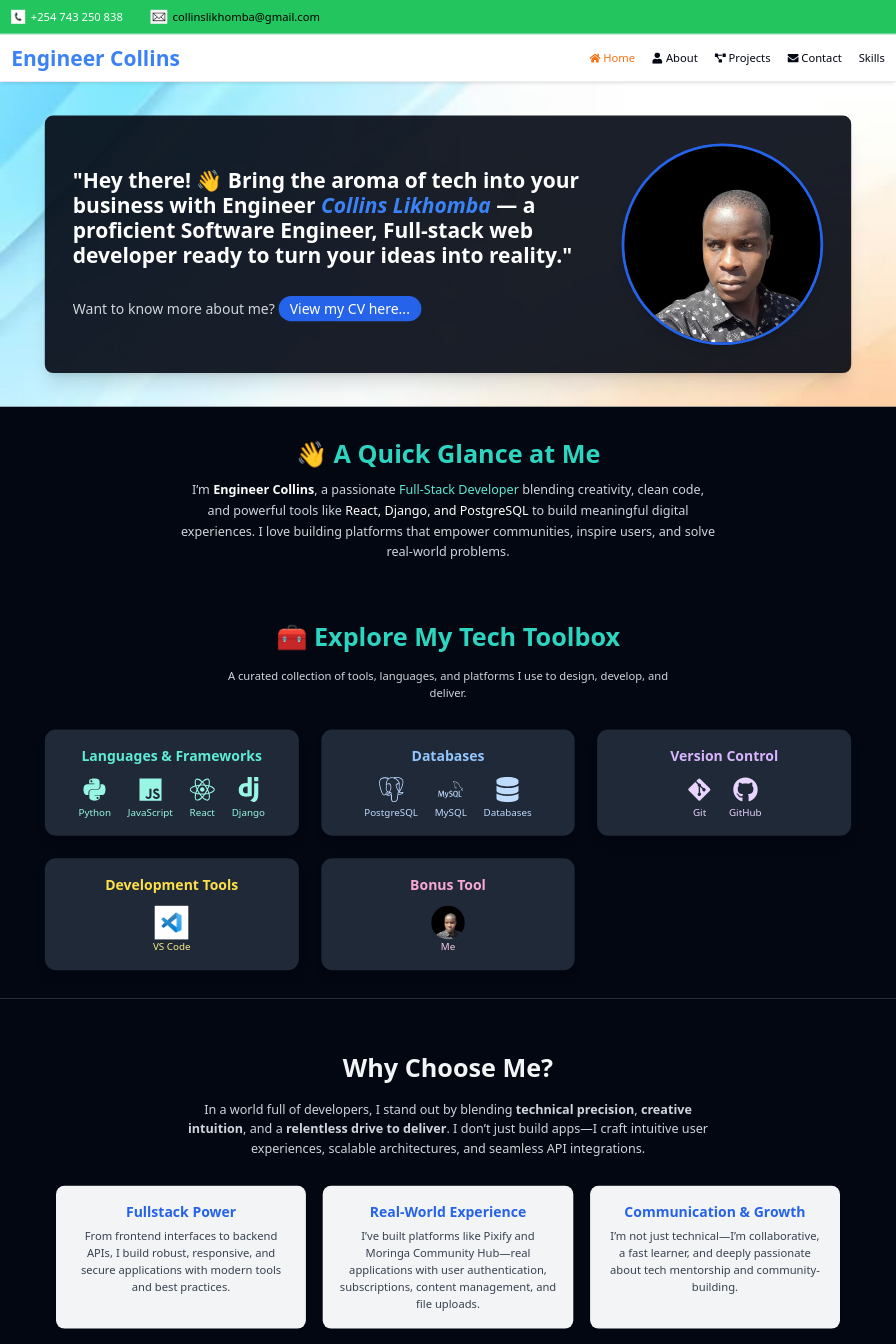
Repository: Engineer-collo/Portfolio
Page: /
The author's editor kept a copy of each file at every save. The page is drawn from the files as they stood at one save, then again after a run of saves.
The browser window is 1280 px wide. The pictures show the part of the page from y = 0 to 1920 px (the page is 2574 px tall), at 70% of full size.
The project was rebuilt for these pictures with package versions that can differ from the ones it lists, and the page was loaded fresh each time. Also part of the build but not shown: vite.config.js, src/pages/About.jsx, src/pages/Projects.jsx, src/pages/Contact.jsx, src/pages/Blog.jsx, src/pages/Skills.jsx.

Above is the page before, as saved 2025-06-10 19:40:43.

After the next 4 saves:
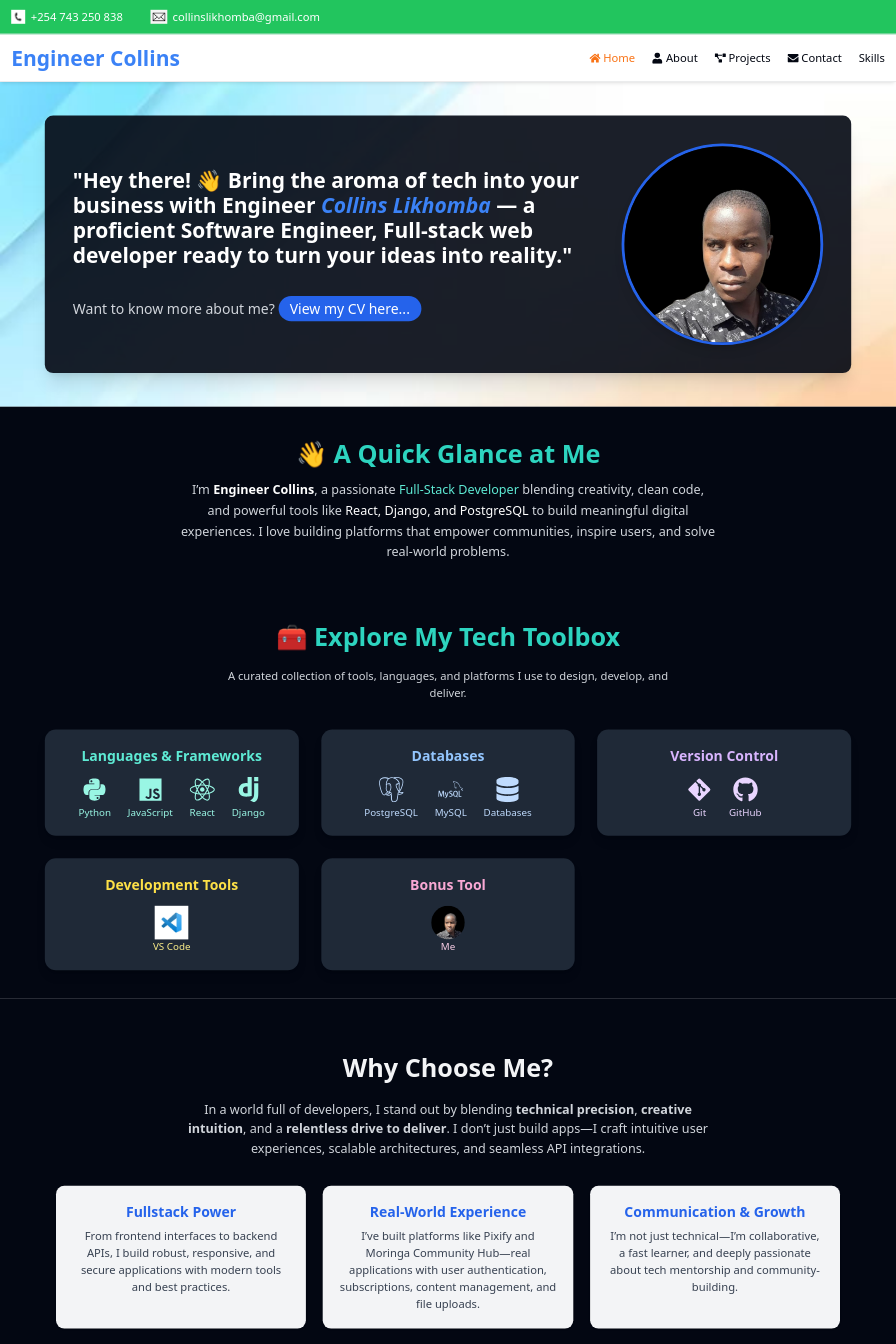
The 4 saves are shown as one change because they came seconds apart.
The last was saved 20 s later.
--- a/src/components/Navbar.jsx
+++ b/src/components/Navbar.jsx
@@ -18,7 +18,7 @@ const Navbar = () => {
         </div>
         <div className="flex items-center gap-2">
           <img className="h-5" src="/email.png" alt="Email Icon" />
-          <a target="_blank" rel="noopener noreferrer" href="mailto:collinslikhomba@gmail.com" className="text-black hover:underline">
+          <a target="_blank" rel="noopener noreferrer" href="mailto:collinslikhomba@gmail.com" className="text-white hover:underline">
             collinslikhomba@gmail.com
           </a>
         </div>
